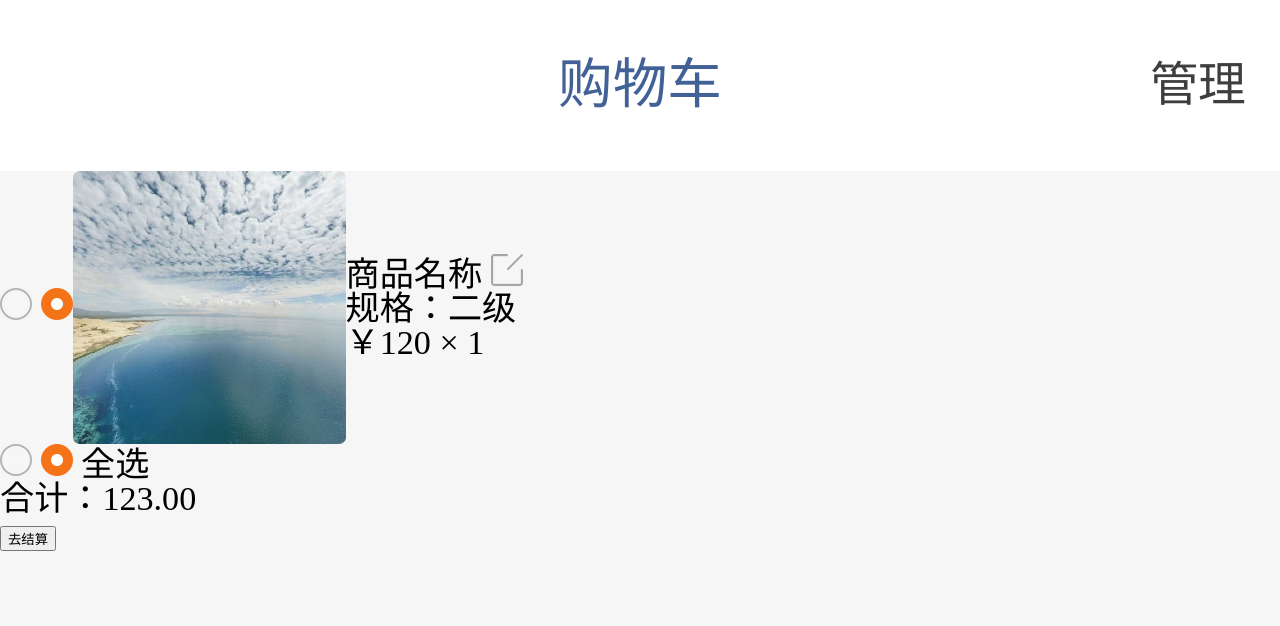
Repository: 421538074/sell
Page: consumer/shop-cart.html
An editor plug-in stored every save of this project. The page is shown before and after the next save, followed by the edit.
The browser window is 1280 px wide. The pictures show the whole page.

Above is the page before, as saved 2019-06-03 11:46:37.

### consumer/shop-cart.html
<!DOCTYPE html>
<html lang="en">

<head>
    <meta charset="UTF-8">
    <meta name="viewport" content="width=device-width, initial-scale=1.0">
    <meta http-equiv="X-UA-Compatible" content="ie=edge">
    <title>购物车</title>
    <link rel="stylesheet" href="../css/base.css">
    <link rel="stylesheet" href="css/common.css">
    <link rel="stylesheet" href="css/shop-cart.css">
</head>

<body>
    <div id="app" class="content">
        <nav class="nav-bar-wrapper">
            <p class="nav-bar-title">购物车</p>
            <p class="management">管理</p>
        </nav>
        <!-- 购物车列表 -->
        <ul class="shop-cart-goods-list">
            <li class="shop-cart-item">
                <span class="checkbox">
                    <img src="../img/select.png" class="select-icon">
                    <img src="../img/selected.png" class="select-icon">
                </span>
                <img src="../img/1.jpg" class="goods-icon">
                <div class="goods-detail">
                    <p class="goods-title-edit">
                        <span class="goods-title">商品名称</span>
                        <img src="../img/edit.png" class="edit-icon">
                    </p>
                    <p class="goods-category">
                        规格：二级
                    </p>
                    <p class="goods-price-num">
                        <span class="goods-price">￥120</span>
                        <span class="num">× 1</span>
                    </p>
                </div>
            </li>
        </ul>
        <!-- 显示金额，结算 -->
        <div class="shop-cart-operation">
            <p class="select-all">
                <span class="checkbox">
                    <img src="../img/select.png" class="select-icon">
                    <img src="../img/selected.png" class="select-icon">
                </span>
                <span class="title">全选</span>
            </p>
            <div class="total-money-settle">
                <p class="total-money">
                    合计：123.00
                </p>
                <button class="go-settle">
                    去结算
                </button>
            </div>
        </div>
    </div>
    <script src="../js/api.js"></script>
    <script src="../js/jquery.min.js"></script>
    <script src="../js/vue.js"></script>
    <script src="js/vue-mixin.js"></script>
</body>

</html>

### css/base.css
/* http://meyerweb.com/eric/tools/css/reset/
   v2.0 | 20110126
   License: none (public domain)
*/

html,
body,
div,
span,
applet,
object,
iframe,
h1,
h2,
h3,
h4,
h5,
h6,
p,
blockquote,
pre,
a,
abbr,
acronym,
address,
big,
cite,
code,
del,
dfn,
em,
img,
ins,
kbd,
q,
s,
samp,
small,
strike,
strong,
sub,
sup,
tt,
var,
b,
u,
i,
center,
dl,
dt,
dd,
ol,
ul,
li,
fieldset,
form,
label,
legend,
table,
caption,
tbody,
tfoot,
thead,
tr,
th,
td,
article,
aside,
canvas,
details,
embed,
figure,
figcaption,
footer,
header,
hgroup,
menu,
nav,
output,
ruby,
section,
summary,
time,
mark,
audio,
video {
    margin: 0;
    padding: 0;
    border: 0;
    font-size: 100%;
    font: inherit;
    vertical-align: baseline;
}

/* HTML5 display-role reset for older browsers */
article,
aside,
details,
figcaption,
figure,
footer,
header,
hgroup,
menu,
nav,
section {
    display: block;
}

body {
    line-height: 1;
}

ol,
ul {
    list-style: none;
}

blockquote,
q {
    quotes: none;
}

blockquote:before,
blockquote:after,
q:before,
q:after {
    content: '';
    content: none;
}

table {
    border-collapse: collapse;
    border-spacing: 0;
}


body,
html {
    font-size: calc(100vw / 37.5) !important;
    font-family: PingFangSC-Medium;
    background: #F2F2F2;
}


[v-cloak] {
    display: none;
}


hr {
    margin: 0;
    padding: 0;
}

.clearfix {
    zoom: 1;
}

.clearfix:after {
    content: ".";
    display: block;
    visibility: hidden;
    height: 0;
    clear: both;
}

[v-cloak] {
    display: none;
}

### consumer/css/common.css
*{
    box-sizing: border-box;
}
html,body{
    background: #f6f6f6;
}
html,body,div.content{
    height: 100%;
}
/*底部菜单栏*/
nav.tool-bar-wrapper {
    height: 5rem;
    background: #ffffff;
    display: flex;
    align-items: center;
    justify-content: space-around;
}
a.nav-item {
    color: #888888;
    text-decoration: none;
    font-size: 1.5rem;
    display: flex;
    flex-direction: column;
    align-items: center;
    justify-content: space-around;
    height: 90%;
}
a.nav-item.active{
    color: #0093FF;
}
img.nav-item-icon{
    width: 1.5rem;
    height: 1.5rem;
}
.ellipsis{
    overflow: hidden;
    white-space: nowrap;
    text-overflow: ellipsis;
}
/*顶部返回栏 */
nav.nav-bar-wrapper {
    background: #FFFFFF;
    height: 5rem;
    display: flex;
    align-items: center;
    justify-content: space-around;
    position: fixed;
    width: 100%;
    top: 0;
    z-index: 2;
    font-size: 1.6rem;
    color: #426196;
}
img.back-icon {
    position: absolute;
    width: 1rem;
    left: 1rem;
}

### consumer/css/shop-cart.css
div.content {
    padding-top: 5rem;
}
p.management {
    position: absolute;
    right: 1rem;
    color: #3E3E3E;
    font-size: 1.4rem;
}
img.goods-icon {
    width: 8rem;
    height: 8rem;
    border-radius: 0.2rem;
}
li.shop-cart-item {
    display: flex;
    align-items: center;

### js/api.js
function getUrlKey(name) {
    return decodeURIComponent((new RegExp('[?|&]' + name + '=' + '([^&;]+?)(&|#|;|$)').exec(location.href) || [, ""])[1].replace(/\+/g, '%20')) || null;
}


// window.warn = {
//     alert: function alert(msg) {
//         var template = `
// `
//         $('body').append(template);
//         $('.alert-body').animate({
//             top: "40px"
//         }, 200);
//         // setTimeout(function () {
//         //     warn.close();
//         // }, 1500);
//     },
//     close: function close() {
//         $('.alert-body').animate({
//             top: "-280px"
//         }, 200);
//         setTimeout(function () {
//             $('#alert-msg').remove();
//         }, 200);
//     }
// };

### consumer/js/vue-mixin.js
Vue.mixin({
    methods: {
        /**
         * 返回
         */
        back() {
            history.go(-1);
        },
        /**
         * 限制长度
         * @param {String} 要限制长度的字段
         * @param {Number} 长度
         */
        limitLength(key, length) {
            this[key] = this[key].substring(0, length);
        },
        /**
         * 验证11位手机号
         * @param {Number} phone
         */
        validatePhone(phone) {
            const phoneReg = /^[1-9][0-9]{9}[0-9]$/;
            return phoneReg.test(phone);
        },
        /**
         * 发送手机验证码
         * @param {Number} waitTimeKey 等待时间键名
         * @param {String} tipsKey 发送验证码显示的信息的键名
         * @param {String} phoneKey 手机号键名
         * @param {String} reSendMsg  按钮默认显示的文字
         */
        sendCode(waitTimeKey, tipsKey, phoneKey, defaultMsg) {
            if (!this.validatePhone(this[phoneKey])) {
                alert('无效手机号!');
                return;
            }
            if (this[waitTimeKey] == 60) {
                $.post('', {
                        phone: this[phoneKey]
                    }, (res) => {
                        if (res.status == 1) {
                            const interval = setInterval(() => {
                                if (this[waitTimeKey] == 1) {
                                    this[waitTimeKey] = 60;
                                    this[tipsKey] = defaultMsg;
                                    clearInterval(interval);
                                    return;
                                }
                                this[waitTimeKey] -= 1;
                                this[tipsKey] = `${this[waitTimeKey]}s`;
                            }, 1000);
                        } else {
                            alert('发送失败!');
                        }
                    }, 'json')
                    .fail(err => {
                        alert('服务器异常!');
                    });
            }
        },
        /**
         * 链接跳转
         * @param {String} url
         */
        linkTo(url) {
            window.location.href = url;
        }
    },
    filters: {

    }
})

Loaded but not shown: js/jquery.min.js (library); js/vue.js (library)

After the next save:
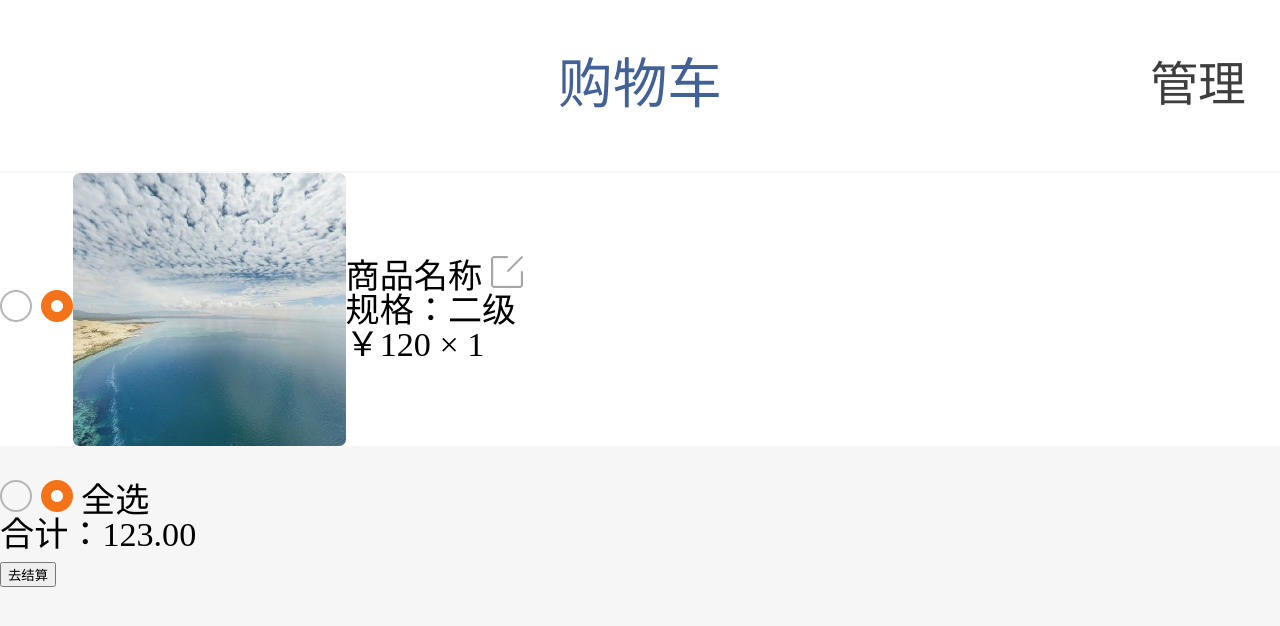
Saved 59 s later.
--- a/consumer/css/shop-cart.css
+++ b/consumer/css/shop-cart.css
@@ -12,6 +12,12 @@ img.goods-icon {
     height: 8rem;
     border-radius: 0.2rem;
 }
+ul.shop-cart-goods-list {
+    border-top: 2px solid #f6f6f6;
+}
 li.shop-cart-item {
     display: flex;
     align-items: center;
+    background: #FFFFFF;
+    margin-bottom: 1rem;
+}
